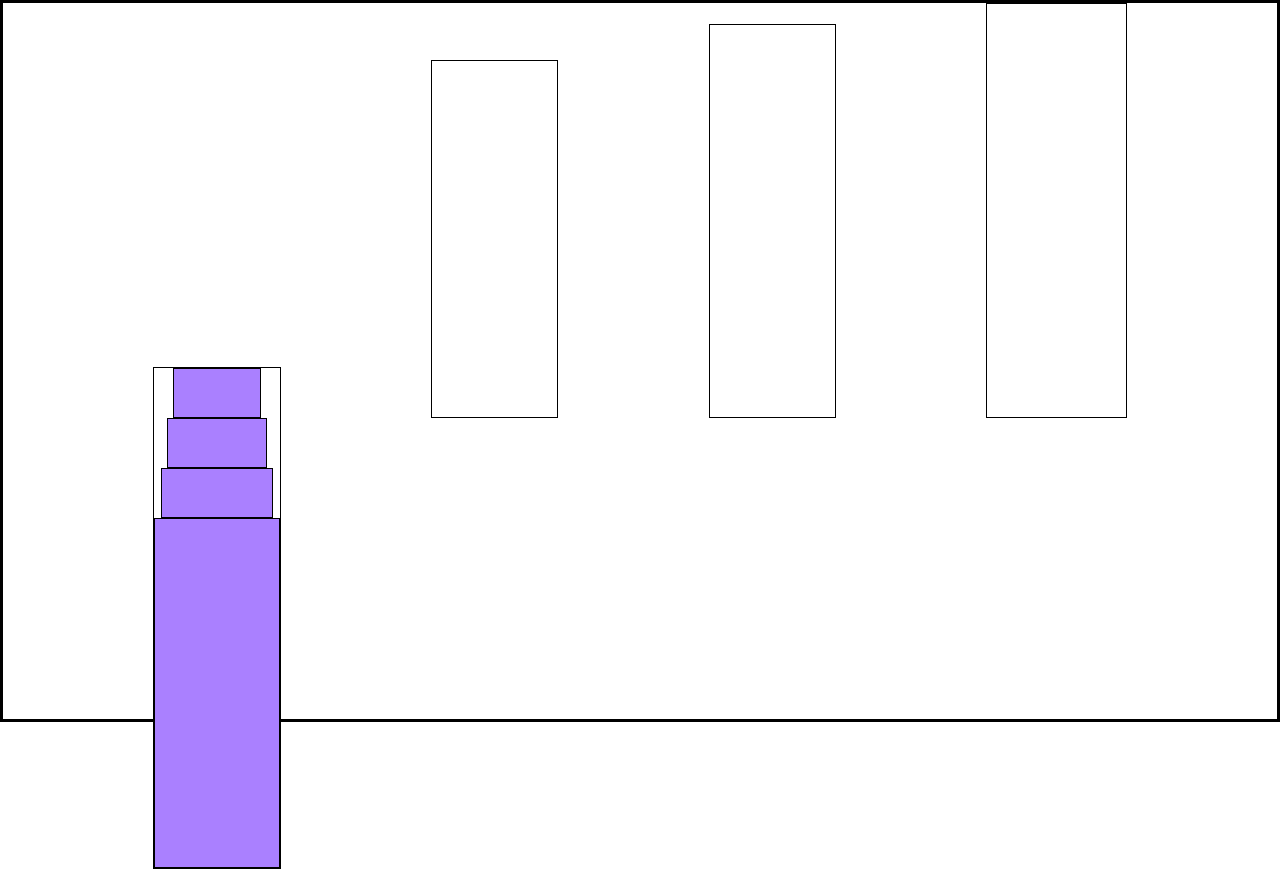
Repository: Lungdjos/city_skyline
Page: index.html
The author's editor kept a copy of each file at every save. The page is drawn from the files as they stood at one save, then again after a run of saves.
The browser window is 1280 px wide. The pictures show the whole page.

Above is the page before, as saved 2023-12-11 09:51:40.

After the next 2 saves:
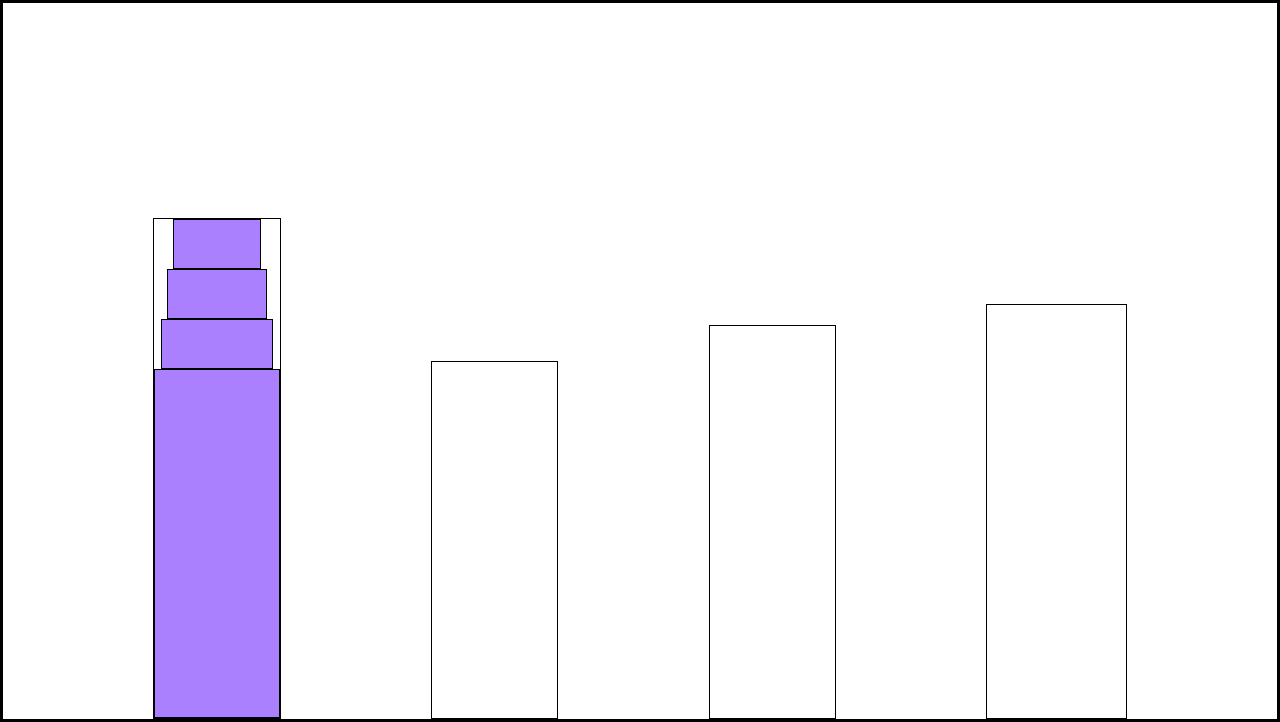
The 2 saves are shown as one change because they came seconds apart.
The last was saved 58 s later.
--- a/styles.css
+++ b/styles.css
@@ -14,7 +14,7 @@ body {
     height: 100%;
     display: flex;
     justify-content: space-evenly;
-    align-items: baseline;
+    align-items: flex-end;
 }
 
 .bb1 {
